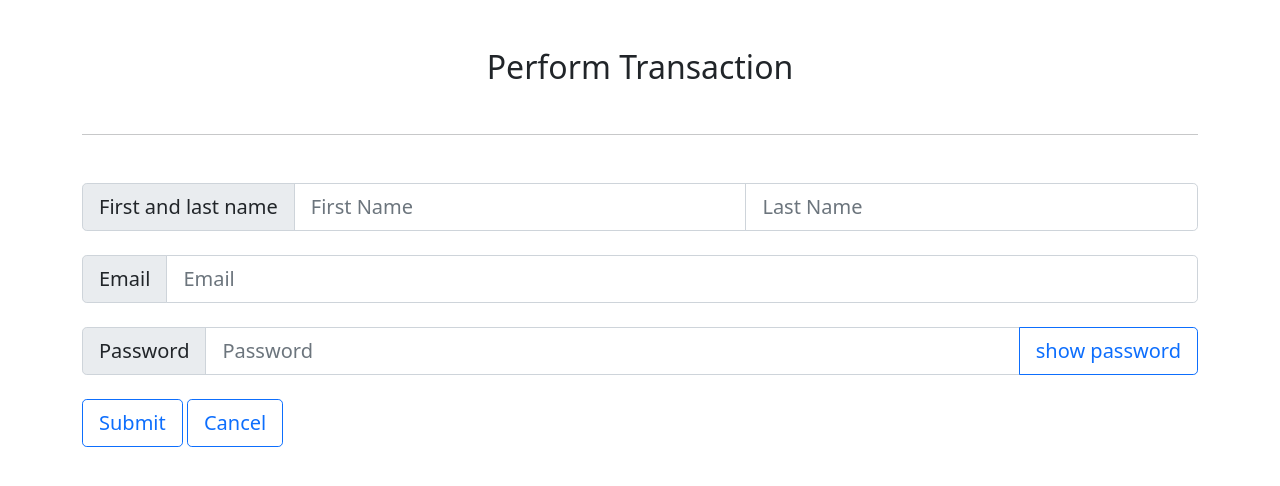
Repository: valletivarish/monojsp
Page: http://localhost/11-bank-application/new-transaction.jsp
An editor plug-in stored every save of this project. The page is shown before and after the next save, followed by the edit.
The browser window is 1280 px wide. The pictures show the whole page.
The page is served by Tomcat 9.

Above is the page before, as saved 2024-07-20 19:28:59.

After the next save:
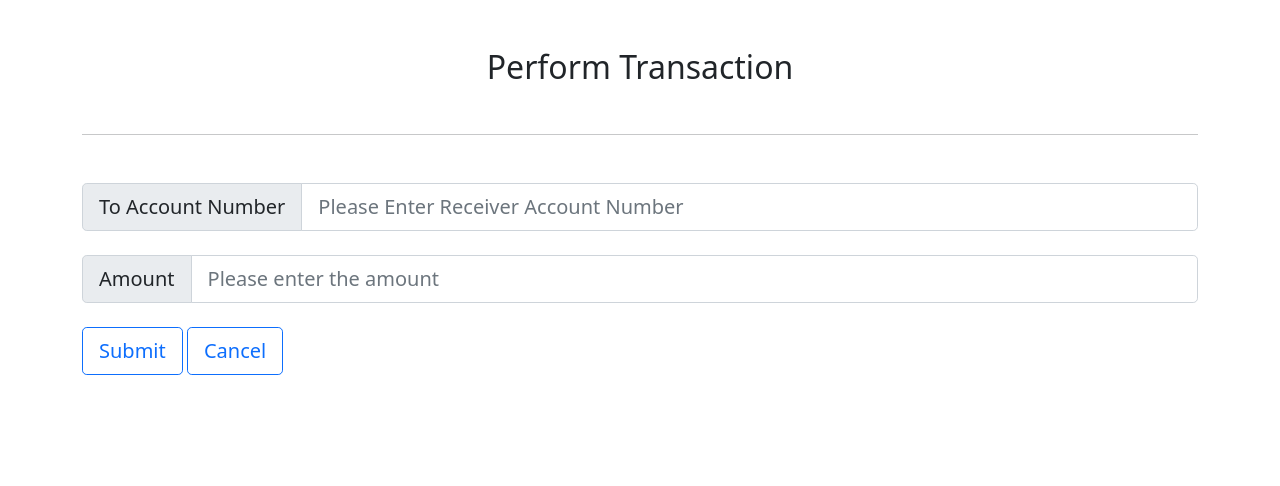
Saved 2 min 23 s later.
--- a/11-bank-application/WebContent/new-transaction.jsp
+++ b/11-bank-application/WebContent/new-transaction.jsp
@@ -11,27 +11,18 @@
     <div class="container my-5">
         <h2 class="text-center my-5">Perform Transaction</h2>
         <hr>
-        <form action="admin" method="post">
+        <form action="user" method="post">
             <div class="col-sm-10 my-3">
-                <input type="hidden" name="command" value="insert" class="form-control">
+                <input type="hidden" name="command" value="insertTransaction" class="form-control">
             </div>
             <div class="input-group input-group-lg mt-5">
-                <span class="input-group-text">First and last name</span>
-                <input type="text" aria-label="First name" class="form-control" placeholder="First Name" name="fname">
-                <input type="text" aria-label="Last name" class="form-control" placeholder="Last Name" name="lname">
+                <span class="input-group-text">To Account Number</span>
+                <input type="text" aria-label="First name" class="form-control" placeholder="Please Enter Receiver Account Number" name="raccount">
             </div>
             <div class="input-group flex-nowrap input-group-lg  mt-4">
-                <span class="input-group-text" id="addon-wrapping">Email</span>
-                <input type="text" class="form-control" placeholder="Email" aria-label="Email" aria-describedby="addon-wrapping" name="email">
+                <span class="input-group-text" id="addon-wrapping">Amount</span>
+                <input type="text" class="form-control" placeholder="Please enter the amount" aria-label="Email" aria-describedby="addon-wrapping" name="amount">
             </div>
-            <div class="input-group flex-nowrap input-group-lg  mt-4">
-                <span class="input-group-text" id="addon-wrapping">Password</span>
-                <input type="password" class="form-control" placeholder="Password" aria-label="Password" aria-describedby="addon-wrapping" name="password" id="password">
-                <button type="button" class="btn btn-outline-primary" onclick="togglePasswordVisibility()" tabindex="-1">
-                    show password
-                </button>
-            </div>
-
             <div class="col-sm-10 my-4">
                 <input type="submit" value="Submit" class="btn btn-outline-primary btn-lg">
                 <a href="admin" class="btn btn-outline-primary btn-lg">Cancel</a>
@@ -39,21 +30,6 @@
         </form>
     </div>
 
-    <script>
-        function togglePasswordVisibility() {
-            var passwordField = document.getElementById("password");
-            var eyeIcon = document.getElementById("eye-icon");
 
-            if (passwordField.type === "password") {
-                passwordField.type = "text";
-                eyeIcon.classList.remove("bi-eye");
-                eyeIcon.classList.add("bi-eye-slash");
-            } else {
-                passwordField.type = "password";
-                eyeIcon.classList.remove("bi-eye-slash");
-                eyeIcon.classList.add("bi-eye");
-            }
-        }
-    </script>
 </body>
 </html>
